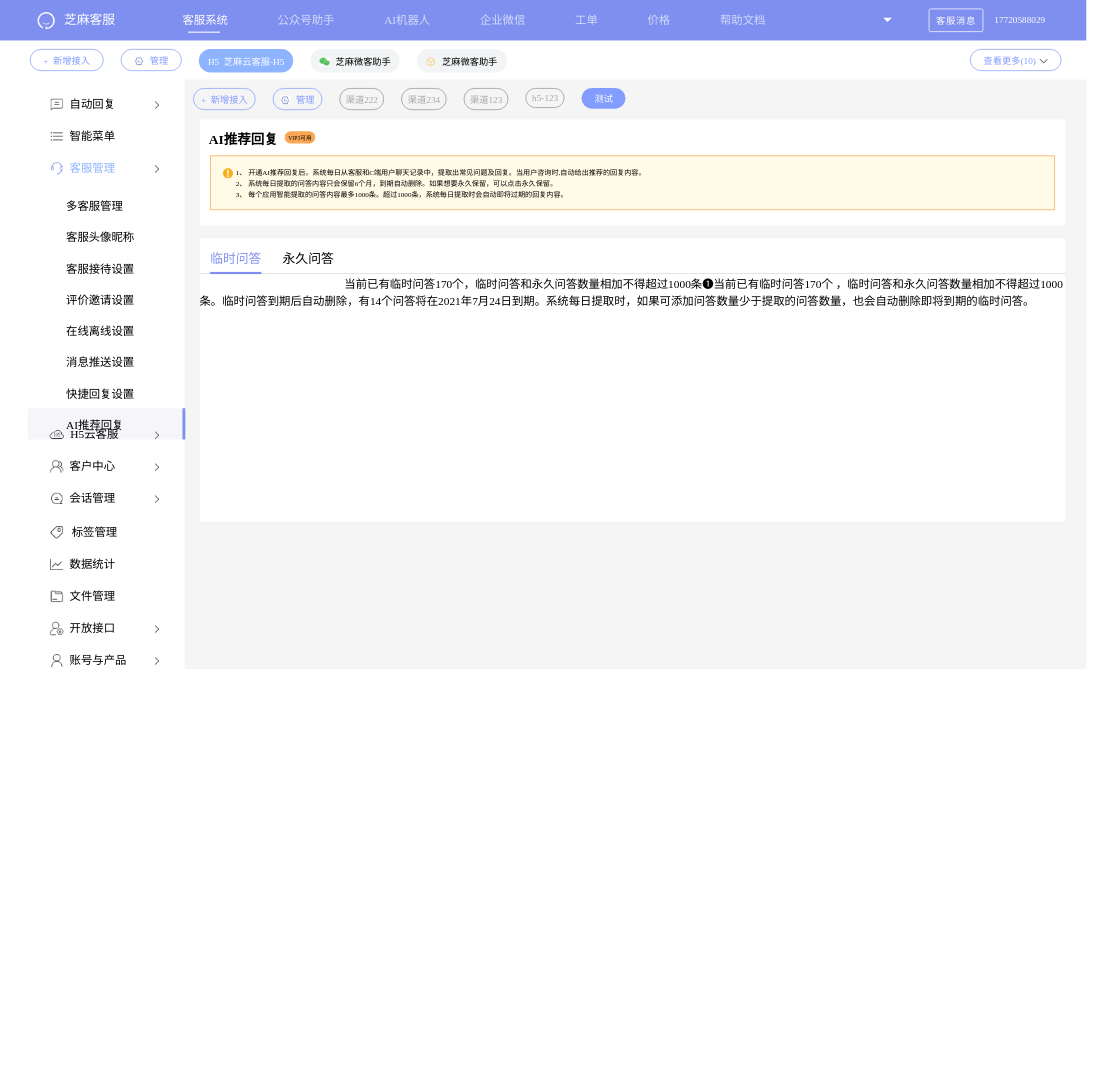
Repository: Privatexiao/projects
Page: Customer service assistant/Untitled-1.html
An editor plug-in stored every save of this project. The page is shown before and after the next save, followed by the edit.
The browser window is 1280 px wide. The page is 1560 px wide, so the pictures cover 1560 px, including what lies to the right of the window. The pictures show the whole page, at 71% of full size.

Above is the page before, as saved 2021-07-27 16:57:34.

After the next save:
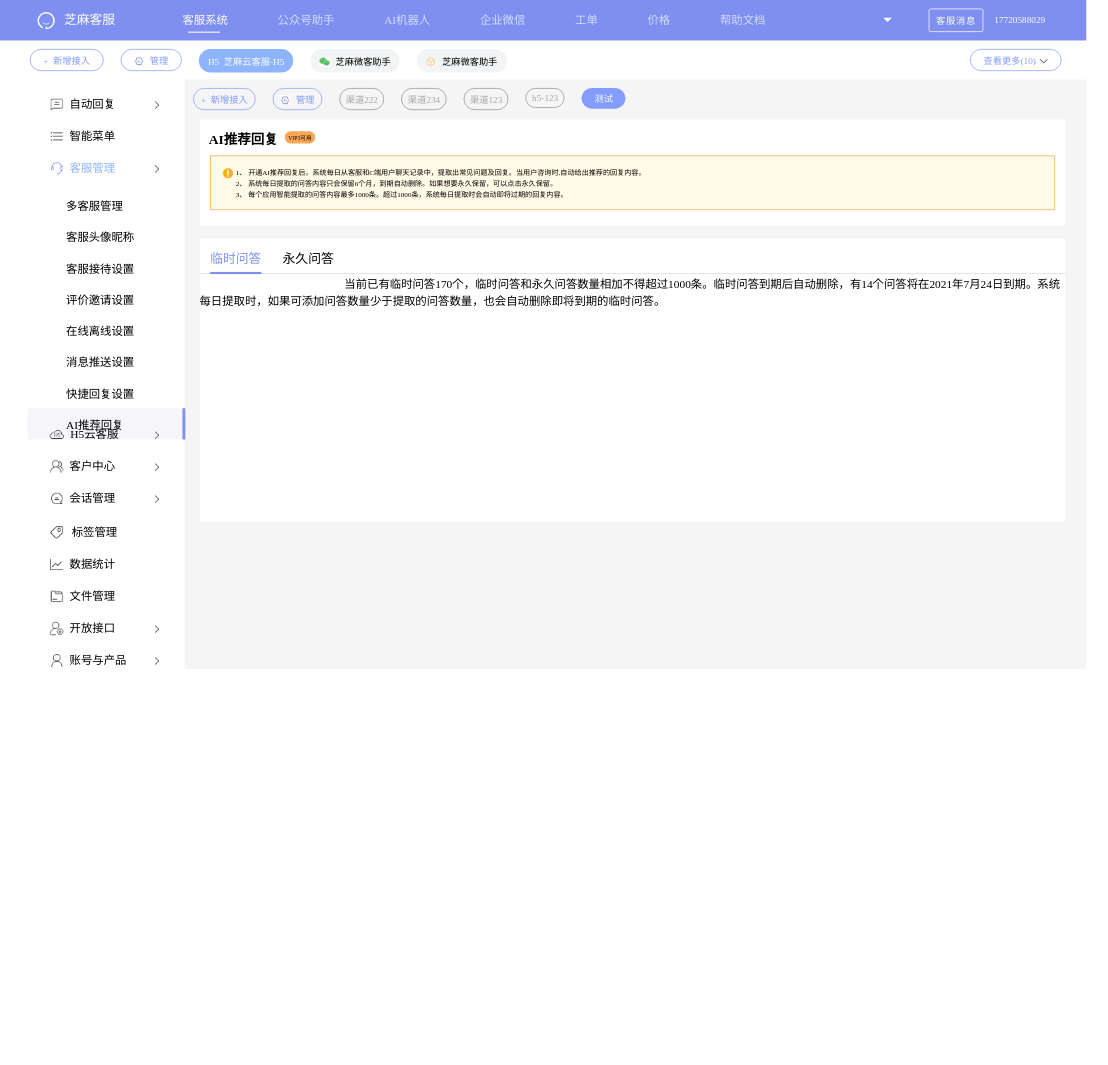
Saved 15 s later.
--- a/Customer service assistant/Untitled-1.html
+++ b/Customer service assistant/Untitled-1.html
@@ -99,7 +99,7 @@
                         <p><a href="javaStript:">临时问答</a></p><span><a href="javaSctipt:">永久问答</a></span>
                     </div>
                     <div class="temporary_warning">
-                        <p>当前已有临时问答<span>170</span>个，临时问答和永久问答数量相加不得超过1000条➊当前已有临时问答170个 ，临时问答和永久问答数量相加不得超过1000条。临时问答到期后自动删除，有14个问答将在2021年7月24日到期。系统每日提取时，如果可添加问答数量少于提取的问答数量，也会自动删除即将到期的临时问答。
+                        <p>当前已有临时问答<span>170</span>个，临时问答和永久问答数量相加不得超过1000条。临时问答到期后自动删除，有14个问答将在2021年7月24日到期。系统每日提取时，如果可添加问答数量少于提取的问答数量，也会自动删除即将到期的临时问答。
                         </p>
                     </div>
                     <!-- <div class="btn">
